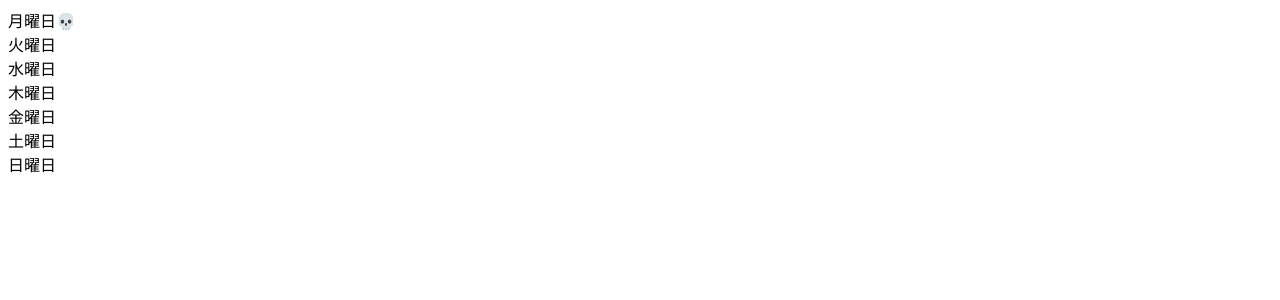
Repository: PUYIXIU/CSSMagic
Page: Animation/ScrollDrivenAnimation/ScrollProgressTimeline.html
The author's editor kept a copy of each file at every save. The page is drawn from the files as they stood at one save, then again after the next save.
The browser window is 1280 px wide. The pictures show the whole page.

Above is the page before, as saved 2024-09-03 13:46:10.

After the next save:
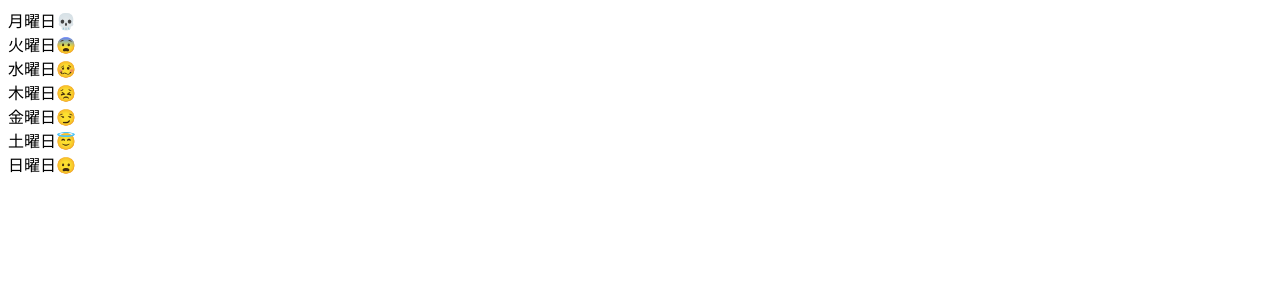
Saved 2 min 42 s later.
--- a/Animation/ScrollDrivenAnimation/ScrollProgressTimeline.html
+++ b/Animation/ScrollDrivenAnimation/ScrollProgressTimeline.html
@@ -9,12 +9,12 @@
     <div class="progress"></div>
     <div class="main-box">
         <div class="kanban">月曜日💀</div>
-        <div class="kanban">火曜日</div>
-        <div class="kanban">水曜日</div>
-        <div class="kanban">木曜日</div>
-        <div class="kanban">金曜日</div>
-        <div class="kanban">土曜日</div>
-        <div class="kanban">日曜日</div>
+        <div class="kanban">火曜日😨</div>
+        <div class="kanban">水曜日🥴</div>
+        <div class="kanban">木曜日😣</div>
+        <div class="kanban">金曜日😏</div>
+        <div class="kanban">土曜日😇</div>
+        <div class="kanban">日曜日😦</div>
     </div>
 </body>
 </html>
